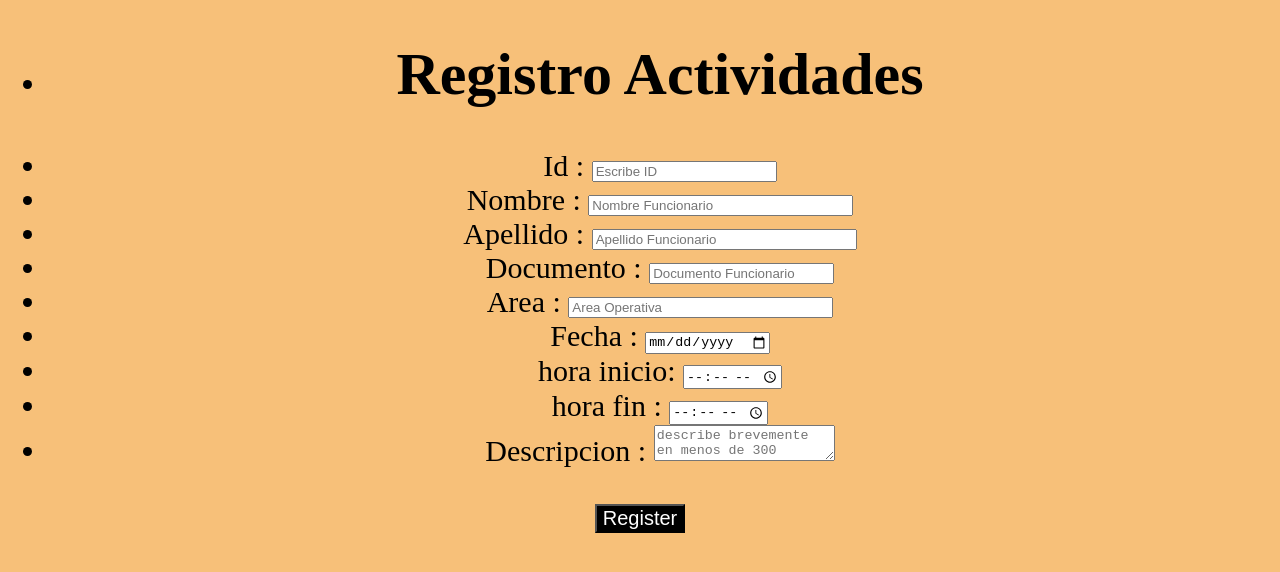
Repository: Yale2024/repo-registro-act
Page: templates/register.html
These files come from the project's save history. The page is drawn as it stood at one moment and after the next save; the edit follows.
The browser window is 1280 px wide. The pictures show the whole page.

Above is the page before, as saved 2024-09-15 07:52:56.

### templates/register.html
<!DOCTYPE html>
<html lang="en">

<head>
    <meta charset="UTF-8">
    <meta name="viewport" content="width=device-width, initial-scale=1.0">
    <link rel="stylesheet" href="static/css/styleRegister.css">
    <script src="static/js/appRegister.js"></script>
    <title>Web App</title>
</head>
<body></body>

    <form class="contact_form" action="/register_user" method="POST">
    <!-- <form method="POST"> -->
        <div>
            <ul>
                <li>
                    <h1>Registro Actividades</h1>
                </li>
                <li>
                    <label for="id">Id :</label>
                    <input type="number"  size="30" name="id" id="Id" placeholder="Escribe ID" required /> <br>
                </li>
                <li>
                    <label for="nombre">Nombre :</label>
                    <input type="text" size="30" name="nombre" id="nombre" placeholder="Nombre Funcionario" required /> <br>
                </li>
                <li>
                    <label for="apellido">Apellido :</label>
                    <input type="text" size="30" name="apellido" id="apellido" placeholder="Apellido Funcionario" required /> <br>
                </li>
                <li>
                    <label for="documento">Documento  :</label>
                    <input type="number" size="30" name="documento" id="documento" placeholder="Documento Funcionario" required /> <br>
                </li>
                <li>
                    <label for="are">Area      :</label>
                    <input type ="text" size="30" name="area" id="area" placeholder="Area Operativa" required /> <br>
                </li>
                <li>
                    <label for="fecha">Fecha     :</label>
                    <input type ="date" size="30" name="fecha" id="fecha" placeholder="AAAA-MM-DD" required /> <br>
                </li>
                <li>
                    <label for="horai">hora inicio:</label>
                    <input type ="time" size="30" name="horai" id="horai" placeholder="hh:mm" required /> <br>
                </li>
                <li>
                    <label for="horaf">hora fin  :</label>
                    <input type ="time" size="30" name="horaf" id="horaf" placeholder="hh:mm" required /> <br>
                </li>
                <li>
                    <label for="mensaje">Descripcion   :</label>
                    <textarea name="descripcion" size="300" for="descripcion" placeholder="describe brevemente en menos de 300 carácteres" maxlength="300"></textarea> <br>
                </li>
            </ul>
        </div>


        <button>Register</button>
        <!-- <button onclick="register_user()">Register</button> -->
        <!-- <input type="submit" name="enviar" value="enviar datos"/> -->
    </form>
</body>

### static/css/styleRegister.css
form{
    text-align: center;
    font-size: 30px;
}

body{
    background-color: #f7bb6dea;
}

button{
    background-color: black;
    color: white;
    font-size:  20px;
}

### static/js/appRegister.js
function register_user() {
    location.href= '/register_user'
}

After the next save:
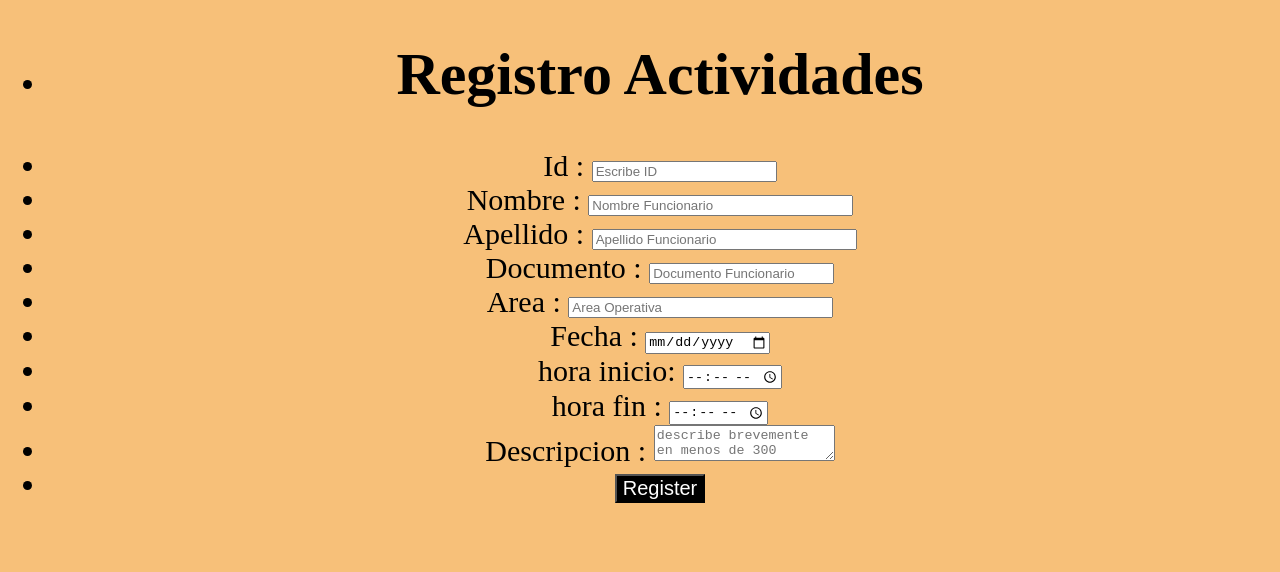
Saved 44 s later.
--- a/templates/register.html
+++ b/templates/register.html
@@ -53,11 +53,14 @@
                     <label for="mensaje">Descripcion   :</label>
                     <textarea name="descripcion" size="300" for="descripcion" placeholder="describe brevemente en menos de 300 carácteres" maxlength="300"></textarea> <br>
                 </li>
+                <li>
+                    <button>Register</button>
+                </li>
             </ul>
         </div>
 
 
-        <button>Register</button>
+
         <!-- <button onclick="register_user()">Register</button> -->
         <!-- <input type="submit" name="enviar" value="enviar datos"/> -->
     </form>
